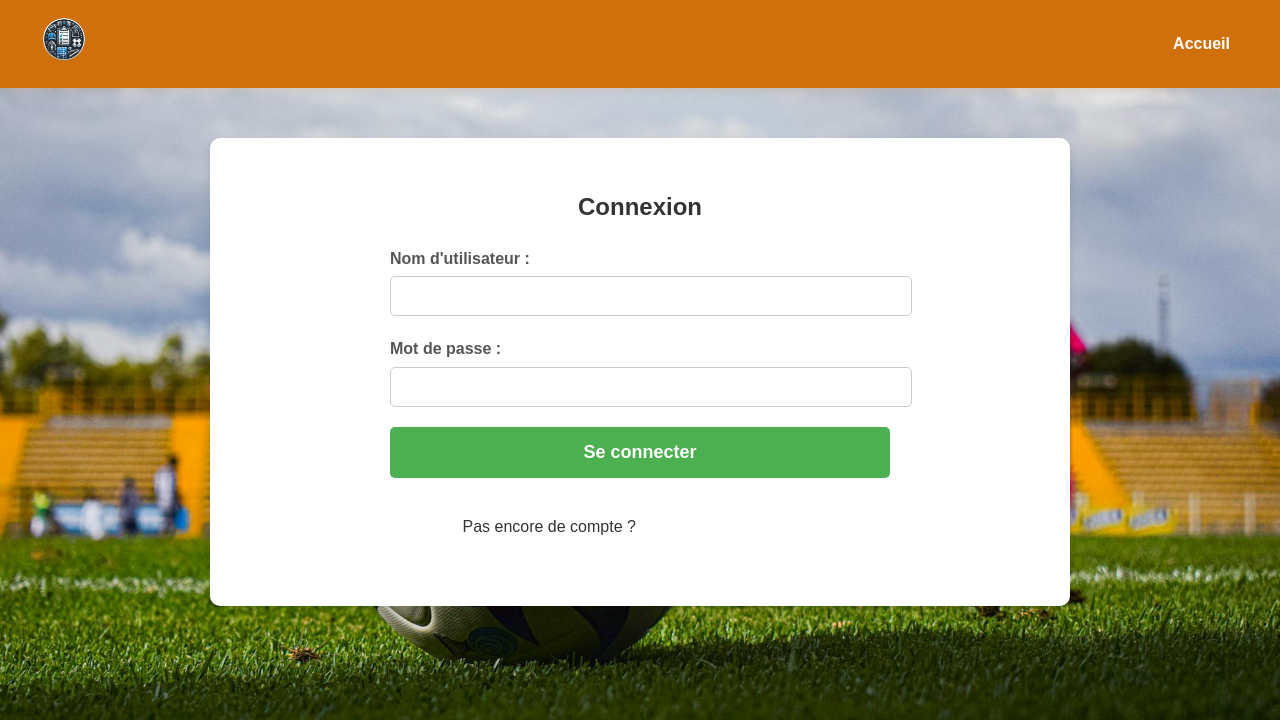
Repository: iisloomx/R401_MiniProjet
Page: http://localhost/controllers/ConnexionController.php
An editor plug-in stored every save of this project. The page is shown before and after the next save, followed by the edit.
The browser window is 1280 px wide. The pictures show the whole page.
The page is run by PHP 8.4 with error messages shown; the project is at /var/www/html/.

Above is the page before, as saved 2025-01-19 16:04:49.

### controllers/ConnexionController.php
<?php
/**
 * Contrôleur de connexion
 *
 * Ce fichier gère le processus d'authentification des utilisateurs.
 * - Si la méthode est POST : vérifie les informations de connexion fournies.
 * - Si la méthode est GET ou autre : affiche le formulaire de connexion.
 */
if (session_status() === PHP_SESSION_NONE) {
    session_start();
}
require_once '../config/database.php';
require_once '../models/Utilisateur.php';

if ($_SERVER["REQUEST_METHOD"] === "POST") {
    // Création d'une instance de connexion à la base de données
    $database = new Database();
    $db = $database->getConnection();

    // Création de l'objet utilisateur
    $utilisateur = new Utilisateur($db);

    // Récupération des données du formulaire
    $nom_utilisateur = trim($_POST['nom_utilisateur']);
    $mot_de_passe = $_POST['mot_de_passe'];

    // Vérification des informations de connexion
    if ($utilisateur->verifierUtilisateur($nom_utilisateur, $mot_de_passe)) {
        // Authentification réussie : on stocke l'ID de l'utilisateur dans la session
        // (On fait une petite requête pour récupérer l'id_utilisateur,
        //  puisque verifierUtilisateur() renvoie juste true/false)
        $query = "SELECT id_utilisateur
                  FROM utilisateur
                  WHERE nom_utilisateur = :nom_utilisateur
                  LIMIT 1";
        $stmt = $db->prepare($query);
        $stmt->bindParam(':nom_utilisateur', $nom_utilisateur);
        $stmt->execute();
        $row = $stmt->fetch(PDO::FETCH_ASSOC);

        // Si on a trouvé un id_utilisateur, on le met en session
        if ($row && isset($row['id_utilisateur'])) {
            $_SESSION['id_utilisateur'] = $row['id_utilisateur'];
        }

        // Vous pouvez garder l’ancien usage si vous souhaitez aussi conserver le nom utilisateur :
        $_SESSION['utilisateur'] = $nom_utilisateur;

        // Redirection vers le tableau de bord
        header("Location: ../views/dashboard.php");
        exit();
    } else {
        // Authentification échouée : message d'erreur
        $erreur = "Nom d'utilisateur ou mot de passe incorrect.";
        require '../views/connexion.php';
    }
} else {
    // Si la requête n'est pas en méthode POST, afficher le formulaire de connexion
    require '../views/connexion.php';
}

### config/database.php
<?php
class Database {
    private $host = 'mysql-evalsport.alwaysdata.net';
    private $db_name = 'evalsport_gestion_equipe_football';
    private $username = 'evalsport';
    private $password = '@Cgt4._7rV_ayyU';
    public $conn;

    // Méthode pour établir la connexion
    public function getConnection() {
        $this->conn = null;

        try {
            // Création de la connexion PDO avec des options de sécurité
            $this->conn = new PDO("mysql:host=" . $this->host . ";dbname=" . $this->db_name, $this->username, $this->password);
            $this->conn->exec("set names utf8");  // Définit l'encodage UTF-8
            $this->conn->setAttribute(PDO::ATTR_ERRMODE, PDO::ERRMODE_EXCEPTION);  // Active le mode d'erreur d'exception
            $this->conn->setAttribute(PDO::ATTR_EMULATE_PREPARES, false);  // Désactive l'émulation des requêtes préparées (meilleure sécurité)
        } catch (PDOException $exception) {
            echo "Erreur de connexion : " . $exception->getMessage();
        }

        return $this->conn;
    }
}
?>

### models/Utilisateur.php
<?php
require_once __DIR__ . '/../config/database.php';
// Modèle Utilisateur

class Utilisateur {
    private $conn;
    private $table_name = "utilisateur";

    public function __construct($db) {
        $this->conn = $db;
    }


    // Vérifie les informations de connexion d'un utilisateur
    public function verifierUtilisateur($nom_utilisateur, $mot_de_passe) {
        $query = "SELECT mot_de_passe
                  FROM " . $this->table_name . "
                  WHERE nom_utilisateur = :nom_utilisateur
                  LIMIT 1";
        $stmt = $this->conn->prepare($query);
        $stmt->bindParam(':nom_utilisateur', $nom_utilisateur, PDO::PARAM_STR);
        $stmt->execute();
        $row = $stmt->fetch(PDO::FETCH_ASSOC);

        // Vérifie le hash du mot de passe si la requête a renvoyé un résultat
        return $row && password_verify($mot_de_passe, $row['mot_de_passe']);
    }


    // Récupère un utilisateur par son ID (entier auto-incrémenté)
    public function getUtilisateurParId($id_utilisateur) {
        $query = "SELECT * FROM utilisateur WHERE id_utilisateur = :id_utilisateur LIMIT 1";
        $stmt = $this->conn->prepare($query);
        $stmt->bindParam(':id_utilisateur', $id_utilisateur, PDO::PARAM_INT);
        $stmt->execute();
        return $stmt->fetch(PDO::FETCH_ASSOC);
    }

     // Vérifie si un nom d'utilisateur existe déjà
    public function existeUtilisateur($nom_utilisateur) {
        $query = "SELECT id_utilisateur
                  FROM " . $this->table_name . "
                  WHERE nom_utilisateur = :nom_utilisateur
                  LIMIT 1";
        $stmt = $this->conn->prepare($query);
        $stmt->bindParam(':nom_utilisateur', $nom_utilisateur, PDO::PARAM_STR);
        $stmt->execute();

        // Retourne true si on a trouvé un enregistrement, false sinon
        return ($stmt->fetch(PDO::FETCH_ASSOC) !== false);
    }


     // Ajoute un nouvel utilisateur avec un mot de passe haché

    public function ajouterUtilisateur($nom_utilisateur, $mot_de_passe) {
        $query = "INSERT INTO " . $this->table_name . "
                  (nom_utilisateur, mot_de_passe)
                  VALUES (:nom_utilisateur, :mot_de_passe)";
        $stmt = $this->conn->prepare($query);

        // Hachage du mot de passe pour la sécurité
        $mot_de_passe_hache = password_hash($mot_de_passe, PASSWORD_DEFAULT);

        $stmt->bindParam(':nom_utilisateur', $nom_utilisateur, PDO::PARAM_STR);
        $stmt->bindParam(':mot_de_passe', $mot_de_passe_hache, PDO::PARAM_STR);

        return $stmt->execute();
    }
    public function updatePassword($id_utilisateur, $hashed_password) {
        try {

            $id_utilisateur = (int) $id_utilisateur;

            $query = "UPDATE utilisateur SET mot_de_passe = :mot_de_passe WHERE id_utilisateur = :id_utilisateur";
            $stmt = $this->conn->prepare($query);

            $stmt->bindParam(':mot_de_passe', $hashed_password, PDO::PARAM_STR);
            $stmt->bindParam(':id_utilisateur', $id_utilisateur, PDO::PARAM_INT);

            if ($stmt->execute()) {
                return true;
            } else {
                $errorInfo = $stmt->errorInfo();
                throw new Exception("Database error: " . $errorInfo[2]);
            }
        } catch (Exception $e) {

            error_log($e->getMessage());
            return false;
        }
    }


}

### views/connexion.php
<?php
if (session_status() === PHP_SESSION_NONE) {
    session_start();
}
include 'header.php';
?>

<div class="container">
    <h2>Connexion</h2>

    <!-- Message d'erreur en cas d'échec de connexion -->
    <?php if (isset($erreur)) : ?>
        <p class="error-message"><?= htmlspecialchars($erreur) ?></p>
    <?php endif; ?>

    <!-- Formulaire de connexion -->
    <form action="../controllers/ConnexionController.php" method="POST">
        <label for="nom_utilisateur">Nom d'utilisateur :</label>
        <input type="text" name="nom_utilisateur" id="nom_utilisateur" required>

        <label for="mot_de_passe">Mot de passe :</label>
        <input type="password" name="mot_de_passe" id="mot_de_passe" required>

        <button type="submit" class="btn-submit">Se connecter</button>
    </form>

    <!-- Lien pour créer un compte -->
    <p class="create-account-container">
        Pas encore de compte ? <a href="inscription.php" class="btn btn-create-comptecreate-account-link">Créer un compte</a>
    </p>
</div>

<!-- Message de succès après inscription -->
<?php if (isset($_GET['inscription']) && $_GET['inscription'] === 'success') : ?>
    <div class="success-container">
        <p class="success-message">Compte créé avec succès. Vous pouvez maintenant vous connecter.</p>
    </div>
<?php endif; ?>

<?php include 'footer.php'; ?>

### views/header.php
<!DOCTYPE html>
<html lang="fr">
<head>
    <meta charset="UTF-8">
    <title>Tableau de Bord</title>
    <link rel="stylesheet" href="/MiniprojetR3.01/views/css/style.css">

</head>
<body>
    <header class="main-header">
        <div class="logo">
            <a href="/MiniprojetR3.01/views/dashboard.php"><img src="../img/logo.PNG" alt="Logo" /></a>
        </div>

        <nav class="nav-links">
            <a href="/MiniprojetR3.01/views/dashboard.php">Accueil</a>
            <?php if (isset($_SESSION['utilisateur'])) : ?>

                    <a href="../controllers/JoueursController.php?action=liste">Joueurs</a>
                    <a href="../controllers/MatchsController.php?action=liste  ">Matchs</a>
                    <a href="../controllers/StatistiquesController.php?action=index">Statistiques</a>

                <a href="../controllers/MonCompteController.php?action=afficher" class="btn btn-account">Mon Compte</a>
                <a href="/MiniprojetR3.01/controllers/DeconnexionController.php" class="btn-logout">Déconnexion</a>
            <?php endif; ?>
        </nav>
    </header>
</body>
</html>

### views/css/style.css
/* Global Styles */
body {
    background: url('../img/BGROUND.jpg') no-repeat center center fixed;
    background-size: cover;
    font-family: Arial, sans-serif;
    margin: 0;
    padding: 0;
    line-height: 1.6;
    color: #333;
}

/* Header Styles */
.main-header {
    display: flex;
    align-items: center;
    justify-content: space-between;
    background-color: #cf700b;
    padding: 15px 30px;
    color: #fff;
    box-shadow: 0 4px 8px rgba(216, 117, 12, 0.1);
    position: sticky;
    top: 0;
    z-index: 1000;
}

.dropdown {
    position: relative;
    display: inline-block;
}

.dropdown-content {
    display: none;
    position: absolute;
    background-color: #f9f9f9;
    min-width: 160px;
    box-shadow: 0px 8px 16px 0px rgba(0,0,0,0.2);
    z-index: 1;
}

.dropdown-content a {
    color: black;
    padding: 12px 16px;
    text-decoration: none;
    display: block;
}



.logo img {
    height: 50px;
}

.nav-links {
    display: flex;
    align-items: center;
}

.nav-links a {
    color: #fff;
    text-decoration: none;
    font-weight: bold;
    margin-left: 20px;
    padding: 10px 20px;
    border-radius: 5px;
    transition: background-color 0.3s ease, color 0.3s ease, transform 0.2s ease;
}

.nav-links a:hover {
    background-color: #f4a261;
    color: #333;
    transform: scale(1.05);
}

.table-container {
    max-width: 800px;
    margin: 50px auto;
    background-color: #fff;
    padding: 30px;
    border-radius: 10px;
    box-shadow: 0 4px 8px rgba(0,0,0,0.1);
    text-align: center;
}

.table-container-feuille {
    display: flex; /* Enable flexbox */
    flex-direction: column; /* Stack items vertically */
    align-items: center; /* Center horizontally */
    justify-content: center; /* Center vertically */
    min-height: 100vh; /* Ensure it takes at least the full viewport height */
}


table {
    border-collapse: collapse;
    width: auto; /* Adjust table width to its content */
    margin: 20px 0; /* Add some space above and below the table */
}

table th, table td {
    border: 1px solid #ddd; /* Add a border to table cells */
    padding: 8px; /* Add some padding inside the cells */
    text-align: left; /* Align text to the left */
}

table th {
    background-color: #f4f4f4; /* Light gray background for headers */
    font-weight: bold;
}

.table-wrapper {
    max-width: 90%; /* Set a maximum width for the table container */
    max-height: 400px; /* Set a maximum height for the table container */
    overflow: auto; /* Add horizontal and vertical scrollbars when needed */
    border: 1px solid #ddd; /* Optional: Border around the scrollable area */
    border-radius: 5px; /* Optional: Rounded corners */
}


/* Container Styles */
.container {
    max-width: 800px;
    margin: 50px auto;
    padding: 30px;
    background-color: #fff;
    border-radius: 10px;
    box-shadow: 0 4px 8px rgba(0, 0, 0, 0.1);
    text-align: center;
}

/* Page Titles */
.container h1 {
    font-size: 32px;
    color: #333;
    margin-bottom: 20px;
}

/* --- AJOUT : Style du bouton "Ajouter un Match" --- */
.btn-add-match {
    display: inline-block;
    background-color: #4CAF50;
    color: #fff;
    font-weight: bold;
    text-decoration: none;
    padding: 10px 20px;
    border-radius: 5px;
    margin: 0 auto 20px auto;
    transition: background-color 0.3s ease, transform 0.2s ease;
}

.btn-add-match:hover {
    background-color: #45a049;
    transform: scale(1.05);
}

/* Pour forcer la couleur même si lien "visité" */
.btn-add-match:visited {
    color: #fff;
}

/* Forms */
form {
    width: 100%;
    max-width: 500px;
    margin: 0 auto;
    text-align: left;
}

form label {
    font-size: 16px;
    font-weight: bold;
    color: #555;
    display: block;
    margin-bottom: 5px;
}

form input[type="text"],
form input[type="number"],
form input[type="date"],
form input[type="password"],
form select {
    width: 100%;
    padding: 10px;
    margin-bottom: 20px;
    border: 1px solid #ccc;
    border-radius: 5px;
    font-size: 16px;
    transition: border-color 0.3s ease, box-shadow 0.3s ease;
}

form input[type="text"]:focus,
form input[type="number"]:focus,
form input[type="date"]:focus,
form input[type="password"]:focus {
    border-color: #4CAF50;
    box-shadow: 0 0 8px rgba(76, 175, 80, 0.5);
    outline: none;
}

form button {
    width: 100%;
    padding: 15px;
    background-color: #4CAF50;
    border: none;
    border-radius: 5px;
    color: white;
    font-size: 18px;
    font-weight: bold;
    cursor: pointer;
    transition: background-color 0.3s ease, transform 0.2s ease;
}

form button:hover {
    background-color: #45a049;
    transform: scale(1.05);
}


/* Table Styles */
.styled-table {
    width: 100%;
    border-collapse: collapse;
    margin-top: 20px;
    font-size: 16px;
    text-align: left; /* Changed from center to left */
    table-layout: fixed; /* Added to fix table layout */
}

.styled-table th,
.styled-table td {
    padding: 15px;
    border: 1px solid #ddd;
    word-wrap: break-word;
    white-space: normal;
}

.styled-table th {
    background-color: #f4a261;
    color: white;
    font-weight: bold;
}

.styled-table tr:nth-child(even) {
    background-color: #f9f9f9;
}

.styled-table tr:hover {
    background-color: #f1f1f1;
}

/* Links in Table */
.styled-table a {
    text-decoration: none;
    font-weight: bold;
    color: #fff;
    padding: 5px 10px;
    border-radius: 5px;
    transition: background-color 0.3s ease, color 0.3s ease, transform 0.2s ease;
}

.styled-table a:hover {
    background-color: #4CAF50;
    color: white;
    transform: scale(1.05);
}

/* Buttons for Add/Edit/Delete */
.btn {
    display: inline-block;
    padding: 10px 20px;
    font-size: 16px;
    font-weight: bold;
    color: white;
    text-decoration: none;
    border-radius: 5px;
    margin: 10px 5px;
    transition: background-color 0.3s ease, transform 0.2s ease;
}

.btn:hover {
    transform: scale(1.05);
}

.btn-add {
    background-color: #4CAF50; /* Green */
}

.btn-add:hover {
    background-color: #45a049;
}

.btn-add-commentaire {
    background-color: #4CAF50; /* Green */
}

.btn-add-commentaire:hover {
    background-color: #45a049;
}

.btn-add-joueur, .btn-gestmatch, .btn-gestjou, .btngest-match {
    background-color: #4CAF50; /* Green */
}
.btn-deco {
    background-color: #e74c3c; /* Red */
}

.btn-add-joueur:hover {
    background-color: #45a049;

.btn-feuille {
    background-color: #d6d65b; /* Green */
}

.btn-feuille:hover {
    background-color: #b2b24e; /* Green */
}

.btn-edit .btn-create-compte {
    background-color: #3498db; /* Blue */
}

.btn-edit:hover {
    background-color: #2980b9;
}

.btn-delete, .btn-deco {
    background-color: #e74c3c; /* Red */
}

.btn-delete:hover, .btn-deco:hover {
    background-color: #c0392b;
}

.btn-back {
    background-color: #9b59b6; /* Purple */
}

.btn-back:hover {
    background-color: #8e44ad;
}

.btn-stat {
    background-color: #12c2f3;
}

.btn-stat:hover {
    background-color: #22a1e6; /* Orange plus foncé */
    transform: scale(1.05);
}

/* Pour garantir une bonne apparence si un lien "visité" */
.btn-stat:visited {
    color:#22a1e6;
}


/* Footer Styles */
.main-footer {
    display: flex;
    align-items: center;
    justify-content: center;
    background-color: #cf700b;
    padding: 15px 30px;
    color: #fff;
    height: 60px;
    margin-top: 50px;
}

/* Footer Links */
.footer-links a {
    color: #fff;
    text-decoration: none;
    font-weight: bold;
}

.footer-links a:hover {
    text-decoration: underline;
}

/* Form Error Message */
.error-message {
    color: red;
    font-size: 16px;
    margin-bottom: 15px;
    text-align: center;
}

/* Responsive Styles */
@media (max-width: 600px) {
    .container {
        width: 90%;
        margin: 20px auto;
        padding: 20px;
    }

    .styled-table {
        font-size: 14px;
    }

    form input,
    form button {
        font-size: 14px;
    }
}

/* Link to Create Account */
.create-account-link {
    color: #4CAF50;
    font-weight: bold;
    text-decoration: none;
    margin-top: 20px;
    display: inline-block;
    transition: color 0.3s ease, transform 0.2s ease;
}

.create-account-link:hover {
    color: #45a049;
    text-decoration: underline;
    transform: scale(1.05);
}

.create-account-container {
    text-align: center;
    margin-top: 20px;
    font-size: 16px;
    color: #333;
}

.form-container h2 {
    font-size: 28px;
    margin-bottom: 20px;
    color: #333;
    text-align: center;
}

/* Dashboard Container */
.dashboard-container {
    text-align: center;
    margin-top: 50px;
    padding: 30px;
    background-color: #fff;
    border-radius: 10px;
    box-shadow: 0 4px 8px rgba(0, 0, 0, 0.1);
    max-width: 600px;
    margin-left: auto;
    margin-right: auto;
}

/* Dashboard Title */
.dashboard-container h1 {
    font-size: 32px;
    color: #333;
    margin-bottom: 20px;
}

/* Dashboard Paragraph */
.dashboard-container p {
    font-size: 18px;
    color: #555;
    margin-bottom: 30px;
}

/* Navigation Links */
.dashboard-container nav ul {
    list-style: none;
    padding: 0;
    margin: 0;
}

.dashboard-container nav ul li {
    margin: 10px 0;
}

.dashboard-container nav ul li a {
    display: inline-block;
    font-size: 18px;
    font-weight: bold;
    text-decoration: none;
    color: #fff;
    background-color: #4CAF50;
    padding: 10px 20px;
    border-radius: 5px;
    transition: background-color 0.3s ease, transform 0.2s ease;
}

.dashboard-container nav ul li a:hover {
    background-color: #45a049;
    transform: scale(1.05);
}

/* Déconnexion Button */
.dashboard-container nav ul li a.deconnexion {
    background-color: #e74c3c;
}

.dashboard-container nav ul li a.deconnexion:hover {
    background-color: #c0392b;
}

/* Styles pour les boutons radio et leurs labels */
.radio-group {
    display: flex;
    flex-wrap: wrap;
    gap: 10px;
    margin-top: 10px;
}

.radio-group label {
    display: inline-flex;
    align-items: center;
    font-size: 16px;
    color: #555;
    cursor: pointer;
    margin-right: 15px;
}

.radio-group input[type="radio"] {
    margin-right: 5px;
    cursor: pointer;
    width: 16px;
    height: 16px;
    vertical-align: middle;
}

.error-message {
    color: red;
    font-size: 14px;
    margin-top: 10px;
}

.success-message {
    color: green;
    font-size: 14px;
    margin-top: 10px;
}

.no-data {
    color: #555;
    font-size: 16px;
    margin-top: 20px;
}

}

.btn-edit {
    background-color: #3498db; /* Blue */
}

.btn-delete {
    background-color: #e74c3c; /* Red */
}

/* orange */
.btn-back {
    background-color: #e49f13;
}

Loaded but not shown: views/footer.php (common file)

After the next save:
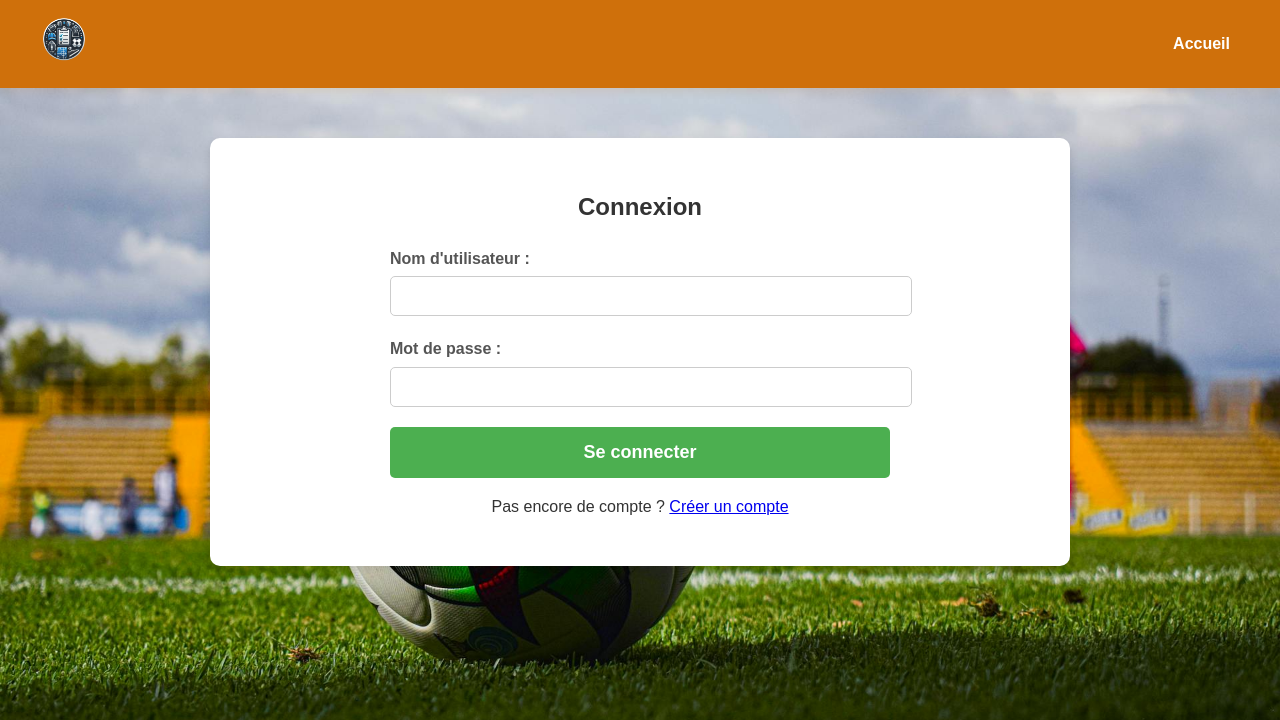
Saved 70 s later.
--- a/views/connexion.php
+++ b/views/connexion.php
@@ -26,7 +26,7 @@
 
     <!-- Lien pour créer un compte -->
     <p class="create-account-container">
-        Pas encore de compte ? <a href="inscription.php" class="btn btn-create-comptecreate-account-link">Créer un compte</a>
+        Pas encore de compte ? <a href="inscription.php" class="btn-create-compte">Créer un compte</a>
     </p>
 </div>
 

After the save that followed:
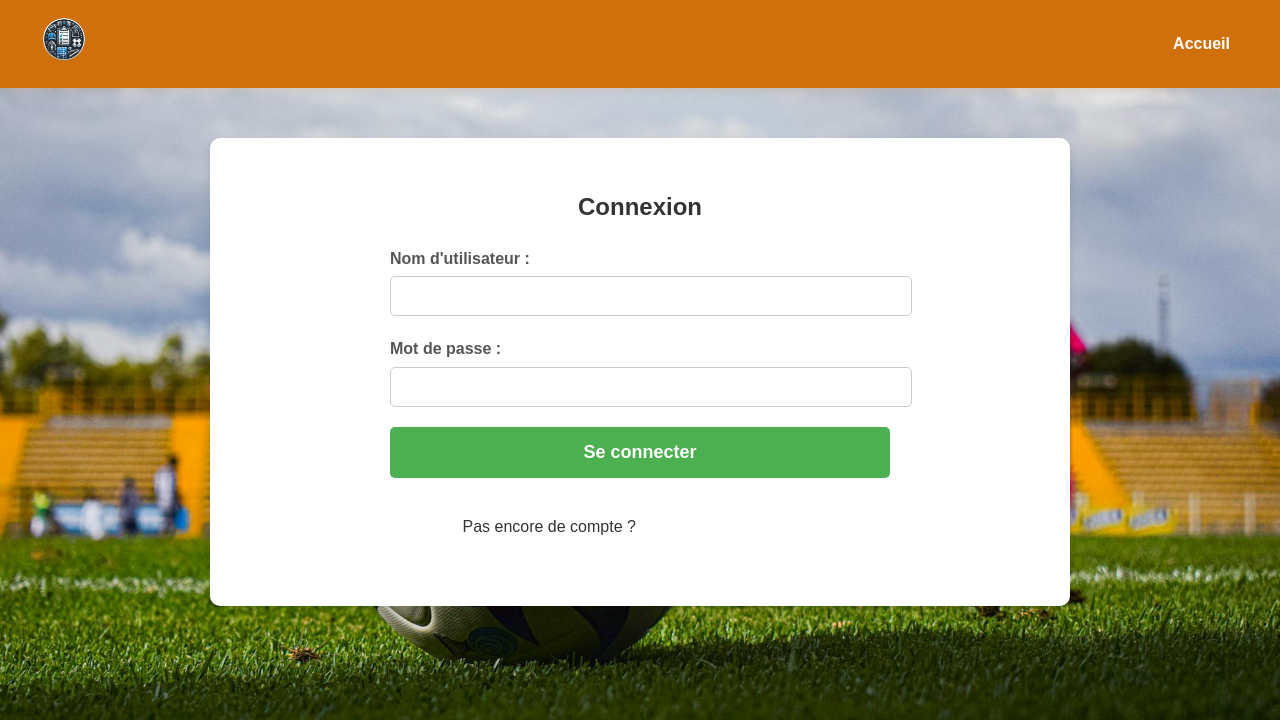
Saved 7 s later.
--- a/views/connexion.php
+++ b/views/connexion.php
@@ -26,7 +26,7 @@
 
     <!-- Lien pour créer un compte -->
     <p class="create-account-container">
-        Pas encore de compte ? <a href="inscription.php" class="btn-create-compte">Créer un compte</a>
+        Pas encore de compte ? <a href="inscription.php" class="btn btn-create-compte">Créer un compte</a>
     </p>
 </div>
 
